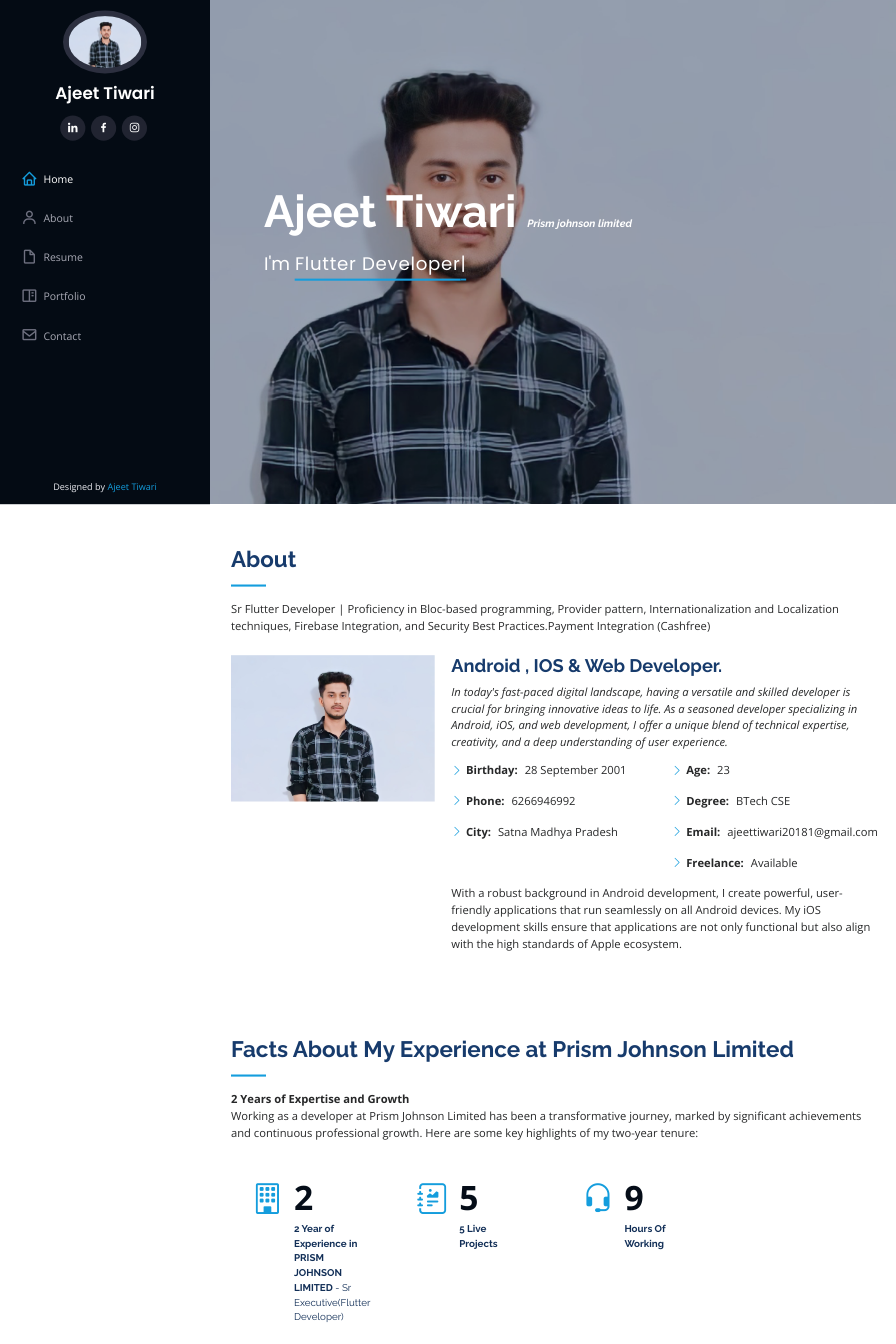
Repository: ajeettiwari-2809/iPortfolio
Page: index.html
These files come from the project's save history. The page is drawn as it stood at one moment and after the next save; the edit follows.
The browser window is 1280 px wide. The pictures show the part of the page from y = 0 to 1920 px (the page is 5395 px tall), at 70% of full size.
A picture or video elsewhere on the page could not be fetched, so the positions and the page height are approximate. Backgrounds fixed to the window are drawn as part of the page.

Above is the page before, as saved 2024-06-05 15:26:52.

After the next save:
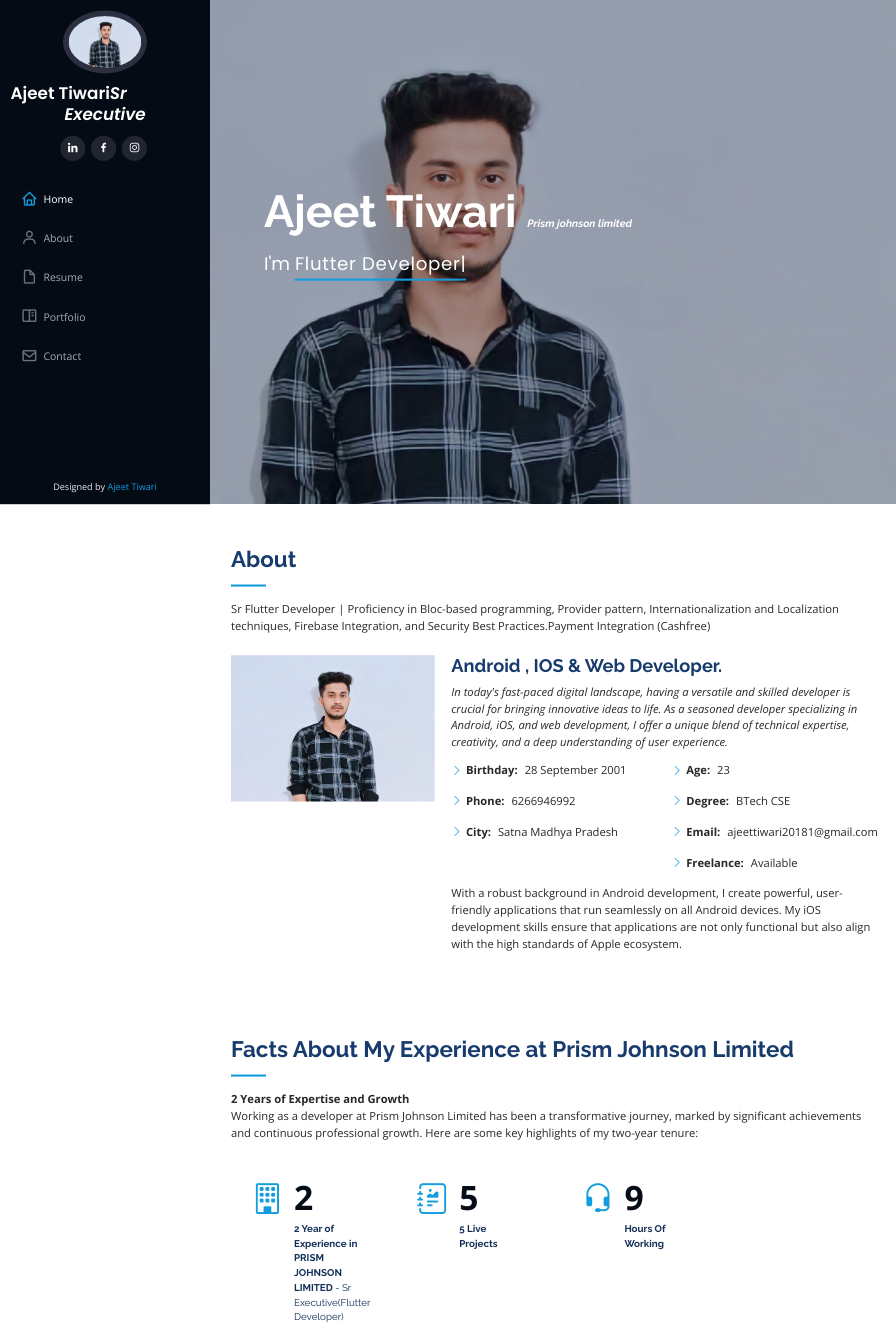
Saved 55 s later.
--- a/index.html
+++ b/index.html
@@ -46,7 +46,7 @@
 
       <div class="profile">
         <img src="assets/img/ajeetimage.png" alt="" class="img-fluid rounded-circle">
-        <h1 class="text-light"><a href="index.html">Ajeet Tiwari</a></h1>
+        <h1 class="text-light"><a href="index.html">Ajeet Tiwari<i>Sr Executive</i></a></h1>
         <div class="social-links mt-3 text-center">
           <a href="https://www.linkedin.com/in/ajeet-tiwari-01905920b?utm_source=share&utm_campaign=share_via&utm_content=profile&utm_medium=ios_app" class="linkedin"><i class="bx bxl-linkedin"></i></a>
           <a href="https://www.facebook.com/share/cY1Q29HqS226Du95/?mibextid=LQQJ4d" class="facebook"><i class="bx bxl-facebook"></i></a>
